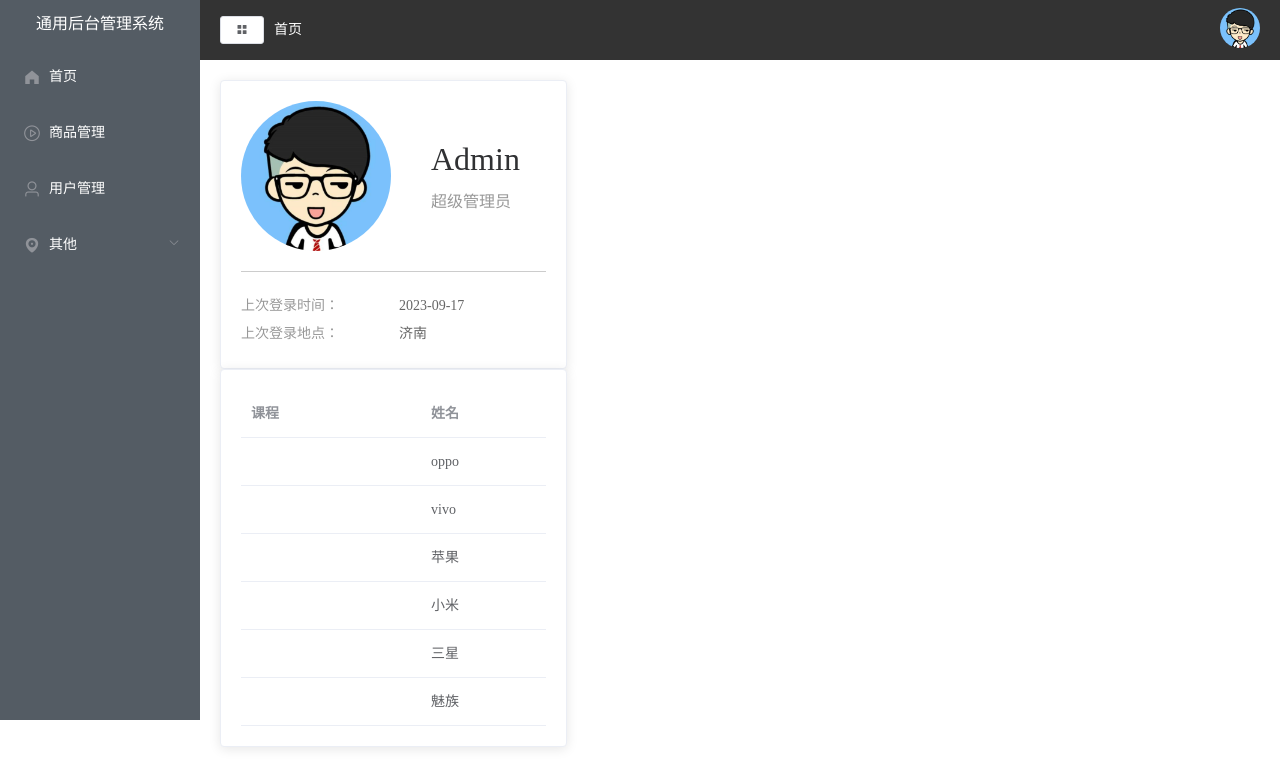
Repository: Francis200214/my-app
Page: /
These files come from the project's save history. The page is drawn as it stood at one moment and after the next save; the edit follows.
The browser window is 1280 px wide. The pictures show the whole page.
The project was rebuilt for these pictures with package versions that can differ from the ones it lists, and the page was loaded fresh each time. Also part of the build but not shown: vue.config.js, src/views/User.vue, src/views/Mall.vue, src/views/other/PageOne.vue, src/views/other/PageTwo.vue.

Above is the page before, as saved 2023-05-22 21:59:57.

### src/main.js
import Vue from 'vue'
import App from './App.vue'
import ElementUI from 'element-ui'

// ElementUI 按需引入
// import { Button,Row } from 'element-ui'


import 'element-ui/lib/theme-chalk/index.css'
// Vue-Router
import router from './router'
// Vuex
import store from './store'


Vue.config.productionTip = false

// 全局引入Element UI
Vue.use(ElementUI);


// 按需引入Element UI
// Vue.use(Row);
// Vue.use(Button);


new Vue({
  router,
  store,
  render: h => h(App),
}).$mount('#app')

### src/App.vue
<template>
  <div id="app">
    <router-view></router-view>
  </div>
</template>

<style lang="less">
  html,body,h3,p {
    margin: 0;
    padding: 0;
  }
</style>

<script>

export default {
  name: 'App'
}
</script>

### src/router/index.js
import Vue from 'vue'
import VueRouter from 'vue-router'

// 1、引入组件
import Main from '../views/Main.vue'
import Home from '../views/Home.vue'
import User from '../views/User.vue'
import Mall from '../views/Mall.vue'
import PageOne from '../views/other/PageOne.vue'
import PageTwo from '../views/other/PageTwo.vue'

// 引入Vue-Router
Vue.use(VueRouter);

// 2、路由与组件映射
const routes = [
    {
        path: '/',
        component: Main,
        // redirect 表示重定向，当路径是 / 的时候就重定向某个路由
        redirect: '/home',
        children: [
            { path: 'home', component: Home }, // 首页
            { path: 'user', component: User }, // 用户管理
            { path: 'mall', component: Mall }, // 商品管理
            { path: 'page1', component: PageOne }, // 页面一
            { path: 'page2', component: PageTwo }, // 页面二
        ]
    }

]

// 3、创建Router实例
const router = new VueRouter({
    routes // (缩写) 相当于 routes: routes
})

// 4、将 router 暴露
export default router

### src/store/index.js
import Vue from 'vue'
import Vuex from 'vuex'
import tab from './tab'

Vue.use(Vuex)


// 创建 Vuex 的实例
// 对外暴露
export default new Vuex.Store({
    modules: {
        tab
    }
})

### src/views/Main.vue
<template>
    <div>
        <el-container>
            <el-aside width="auto">
                <common-aside />
            </el-aside>
            <el-container>
                <el-header>
                    <common-header />
                </el-header>
                <el-main>
                    <router-view></router-view>
                </el-main>
            </el-container>
        </el-container>
    </div>
</template>
<style lang="less" scoped>
.el-header {
    padding: 0;
}
</style>
<script>
import CommonAside from '../components/CommonAside.vue'
import CommonHeader from '../components/CommonHeader.vue'


export default {
    data() {
        return {}
    },
    components: {
        CommonAside,
        CommonHeader
    }
}
</script>

### src/views/Home.vue
<template>
    <el-row>
        <el-col :span="8">
            <el-card class="box-card">
                <div class="user">
                    <img src="../assets/images/user.png" alt="">
                    <div class="userinfo">
                        <p class="name">Admin</p>
                        <p class="access">超级管理员</p>
                    </div>
                </div>

                <div class="login-info">
                    <p>上次登录时间：<span>2023-09-17</span></p>
                    <p>上次登录地点：<span>济南</span></p>
                </div>
            </el-card>

            <el-card class="box-card">
                <el-table :data="tableData" style="width: 100%">
                    <el-table-column prop="date" label="课程" width="180">
                    </el-table-column>
                    <el-table-column prop="name" label="姓名" width="180">
                    </el-table-column>
                    <el-table-column prop="address" label="地址">
                    </el-table-column>
                </el-table>
            </el-card>
        </el-col>

        <el-col :span="16">
            <div class="grid-content bg-purple-light"></div>
        </el-col>
    </el-row>
</template>

<style lang="less" scoped>
.user {
    display: flex;
    // flex 布局中 主轴垂直居中
    align-items: center;
    padding-bottom: 20px;
    margin-bottom: 20px;
    border-bottom: 1px solid #ccc;

    img {
        width: 150px;
        height: 150px;
        border-radius: 50%;
        margin-right: 40px;
    }

    .userinfo {
        .name {
            font-size: 32px;
            margin-bottom: 10px;
        }

        .access {
            color: #999999;
        }
    }
}

.login-info {
    line-height: 28px;
    font-size: 14px;
    color: #999999;

    span {
        color: #666666;
        margin-left: 60px;
    }
}
</style>

<script>
export default {
    data() {
        return {
            tableData: [
                {
                    name: 'oppo',
                    todayBuy: 100,
                    monthBuy: 300,
                    totalBuy: 800
                },
                {
                    name: 'vivo',
                    todayBuy: 100,
                    monthBuy: 300,
                    totalBuy: 800
                },
                {
                    name: '苹果',
                    todayBuy: 100,
                    monthBuy: 300,
                    totalBuy: 800
                },
                {
                    name: '小米',
                    todayBuy: 100,
                    monthBuy: 300,
                    totalBuy: 800
                },
                {
                    name: '三星',
                    todayBuy: 100,
                    monthBuy: 300,
                    totalBuy: 800
                },
                {
                    name: '魅族',
                    todayBuy: 100,
                    monthBuy: 300,
                    totalBuy: 800
                }
            ]
        }
    }
}
</script>

### src/store/tab.js
export default {
    state: {
        isCollapse: false // 用于控制菜单的展开或收起
    },
    mutations: {
        // 修改菜单展开或者收起的方法
        collapseMenu(state) {
            state.isCollapse = !state.isCollapse
        }
    }
}

### src/components/CommonAside.vue
<template>
    <div>
        <el-menu default-active="1-4-1" class="el-menu-vertical-demo" @open="handleOpen" @close="handleClose"
            :collapse="isCollapse" background-color="#545c64" text-color="#fff" active-text-color="#ffd04b">

            <h3>{{ isCollapse ? '后台' : '通用后台管理系统' }}</h3>

            <el-menu-item @click="clickMenu(item)" v-for="item in noChildren" :key="item.name" :index="item.name">
                <i :class="`el-icon-${item.icon}`"></i>
                <span slot="title">{{ item.label }}</span>
            </el-menu-item>

            <el-submenu v-for="item in hasChildren" :key="item.label" :index="item.label">
                <template slot="title">
                    <i :class="`el-icon-${item.icon}`"></i>
                    <span slot="title">{{ item.label }}</span>
                </template>
                <el-menu-item-group v-for="subItem in item.children" :key="subItem.path">
                    <el-menu-item @click="clickMenu(subItem)" :index="subItem.path">{{ subItem.label }}</el-menu-item>
                </el-menu-item-group>
            </el-submenu>
        </el-menu>
    </div>
</template>

<style lang="less" scope>
.el-menu-vertical-demo:not(.el-menu--collapse) {
    width: 200px;
    min-height: 400px;
}

.el-menu {
    height: 100vh;
    border-right: none;

    h3 {
        color: #fff;
        text-align: center;
        line-height: 48px;
        font-size: 16px;
        // 字体粗细
        font-weight: 400;
    }
}
</style>

<script>
export default {
    data() {
        return {
            menuData: [
                {
                    path: '/',
                    name: 'home',
                    label: '首页',
                    icon: 's-home',
                    url: 'Home/Home'
                },
                {
                    path: '/mall',
                    name: 'mall',
                    label: '商品管理',
                    icon: 'video-play',
                    url: 'MallManage/MallManage'
                },
                {
                    path: '/user',
                    name: 'user',
                    label: '用户管理',
                    icon: 'user',
                    url: 'UserManage/UserManage'
                },
                {
                    label: '其他',
                    icon: 'location',
                    children: [
                        {
                            path: '/page1',
                            name: 'page1',
                            label: '页面1',
                            icon: 'setting',
                            url: 'Other/PageOne'
                        },
                        {
                            path: '/page2',
                            name: 'page2',
                            label: '页面2',
                            icon: 'setting',
                            url: 'Other/PageTwo'
                        }
                    ]
                }
            ]
        };
    },
    methods: {
        handleOpen(key, keyPath) {
            console.log(key, keyPath);
        },
        handleClose(key, keyPath) {
            console.log(key, keyPath);
        },
        // 点击菜单
        clickMenu(item) {
            console.log(item)
            // 当页面的路由与我要跳转的路由不一致的时候才允许跳转
            if (this.$route.path !== item.path && !(this.$route.path === '/home' && (item.path === '/'))) {
                // 这里的this代表vue实例
                this.$router.push(item.path)
            }
        }
    },
    computed: {
        // 没有子菜单
        noChildren() {
            return this.menuData.filter(item => !item.children)
        },
        // 有子菜单
        hasChildren() {
            return this.menuData.filter(item => item.children)
        },
        isCollapse() {
            return this.$store.state.tab.isCollapse
        }
    }
}
</script>

### src/components/CommonHeader.vue
<template>
    <div class="header-container">
        <div class="l-content">
            <el-button @click="handleMenu" icon="el-icon-menu" size="mini"></el-button>
            <!-- 面包屑 -->
            <span class="text">首页</span>
        </div>
        <div class="r-content">
            <el-dropdown>
                <span class="el-dropdown-link">
                    <img class="user" src="../assets/images/user.png" alt="">
                </span>
                <el-dropdown-menu slot="dropdown">
                    <el-dropdown-item>个人中心</el-dropdown-item>
                    <el-dropdown-item>退出</el-dropdown-item>
                </el-dropdown-menu>
            </el-dropdown>
        </div>
    </div>
</template>
<style lang="less" scoped>
.header-container {
    padding: 0px 20px;
    background-color: #333;
    height: 60px;
    display: flex;
    // 将元素放到元素主轴的两端
    justify-content: space-between;
    align-items: center;

    .text {
        color: #fff;
        font-size: 14px;
        margin-left: 10px;
    }

    .r-content {
        .user {
            width: 40px;
            height: 40px;
            border-radius: 50%;
        }
    }
}
</style>
<script>
export default {
    data() {
        return {}
    },
    methods: {
        handleMenu() {
            this.$store.commit('collapseMenu')
        }
    }
}
</script>

Loaded but not shown: public/index.html (common file)

After the next save:
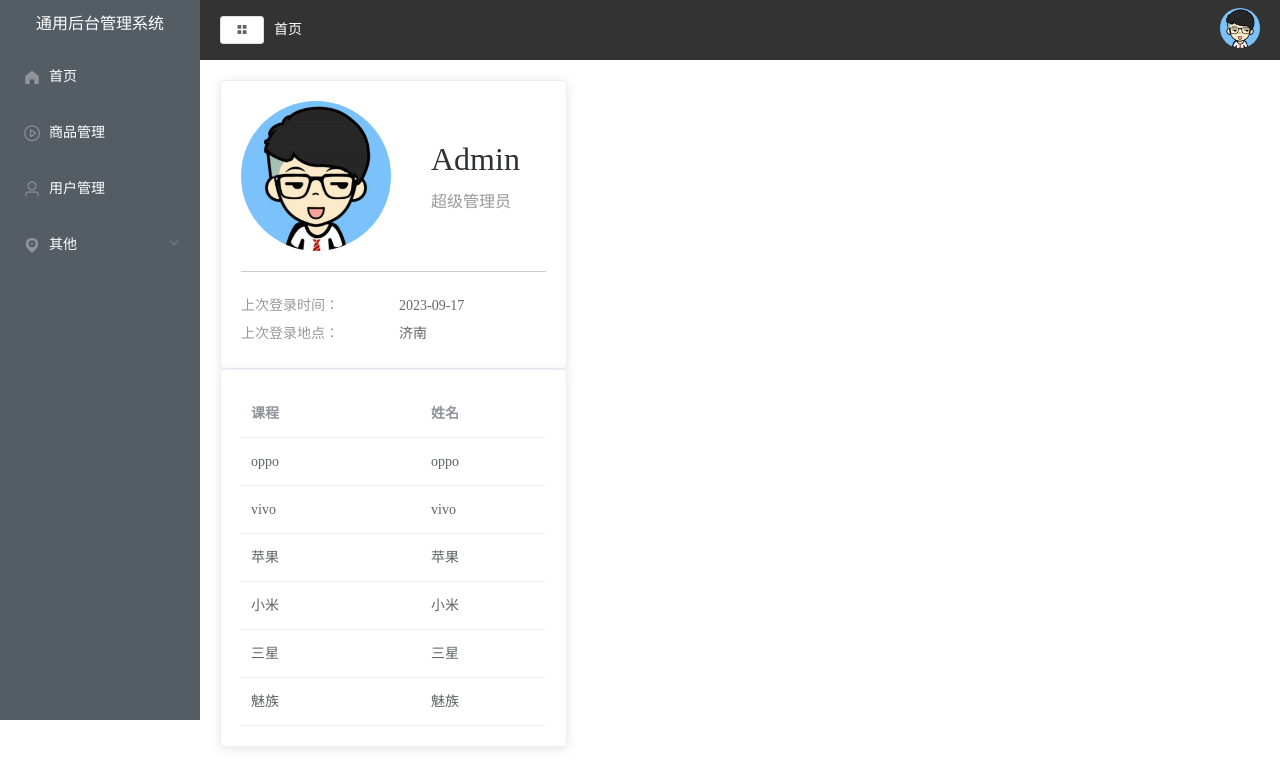
Saved 13 s later.
--- a/src/views/Home.vue
+++ b/src/views/Home.vue
@@ -18,7 +18,7 @@
 
             <el-card class="box-card">
                 <el-table :data="tableData" style="width: 100%">
-                    <el-table-column prop="date" label="课程" width="180">
+                    <el-table-column prop="name" label="课程" width="180">
                     </el-table-column>
                     <el-table-column prop="name" label="姓名" width="180">
                     </el-table-column>
